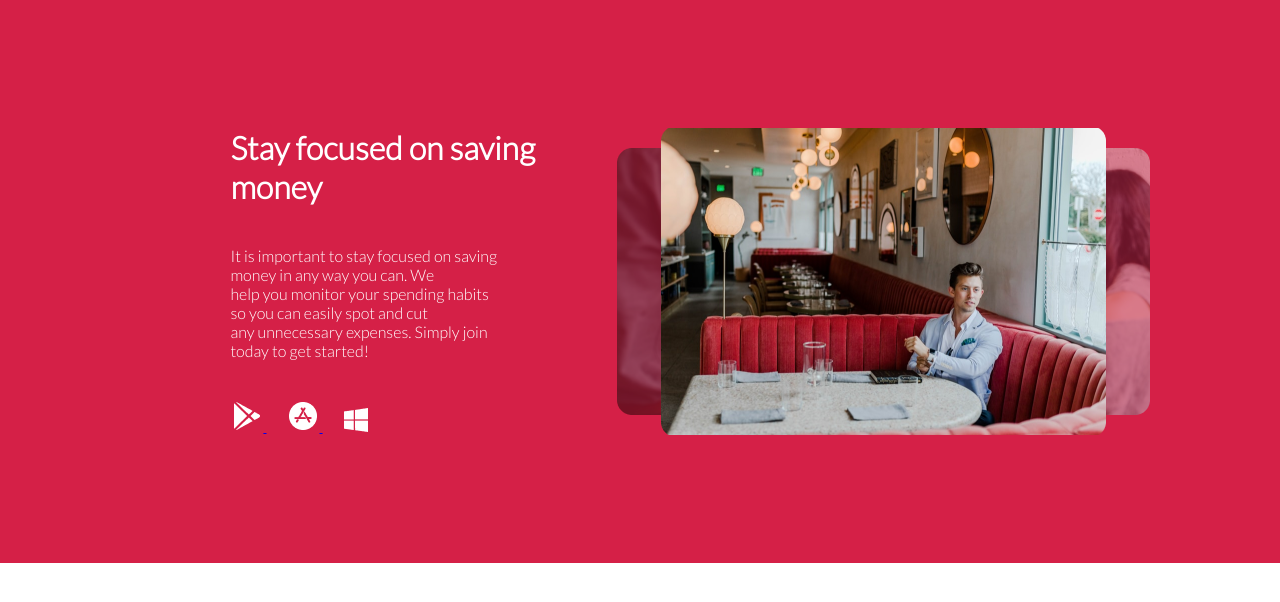
Repository: batonAnton/Cursor_lecture4
Page: index.html
The author's editor kept a copy of each file at every save. The page is drawn from the files as they stood at one save, then again after the next save.
The browser window is 1280 px wide. The pictures show the whole page.

Above is the page before, as saved 2022-06-08 14:30:09.

After the next save:
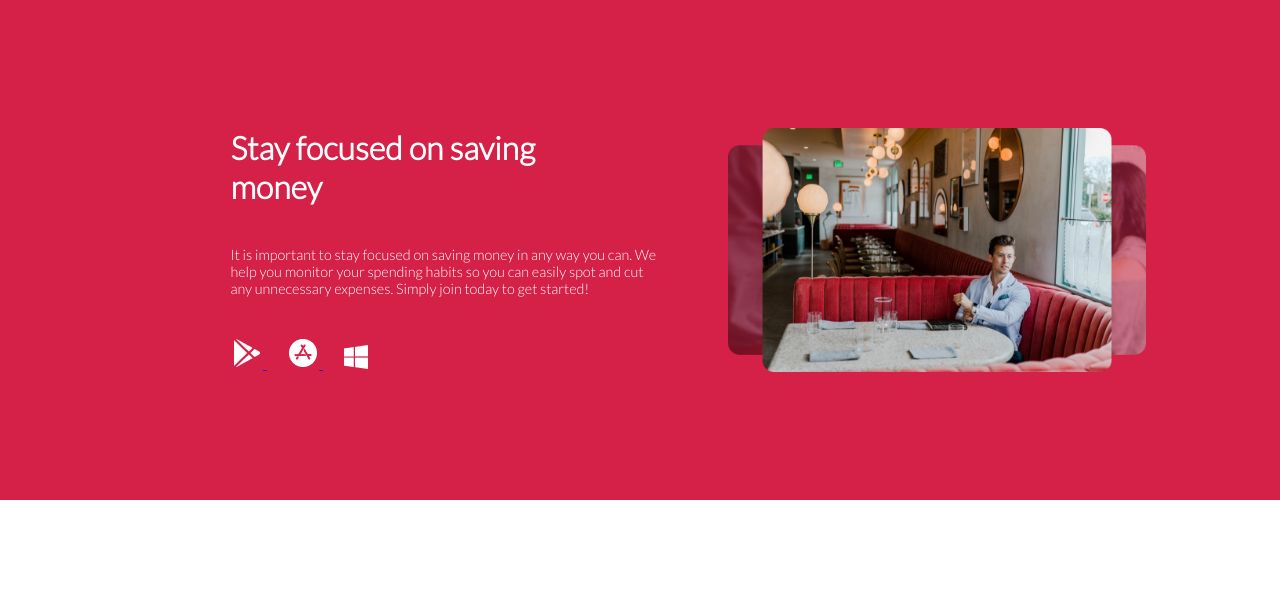
Saved 14 min 6 s later.
--- a/css/style.css
+++ b/css/style.css
@@ -15,13 +15,14 @@ header {
 }
 
 .info-box {
-  width: 50%;
+  width: 80%;
   margin-left: 10%;
 }
 
 .info-box p {
-  width:70% ;
+  width:90% ;
   margin: 40px 0;
+  font-size: 0.9rem;
 }
 
 .link_source a{
@@ -30,9 +31,10 @@ header {
 }
 
 .big_img {
-  background-image: url("/image/Photo.png");
-  width: 70%;
-    /* height: 311px; */
+    background-image: url("/image/Photo.png");
+    width: 70%;
+        /* height: 311px; */
     background-repeat: no-repeat;
     background-position: center;
+    background-size: contain;
 }
